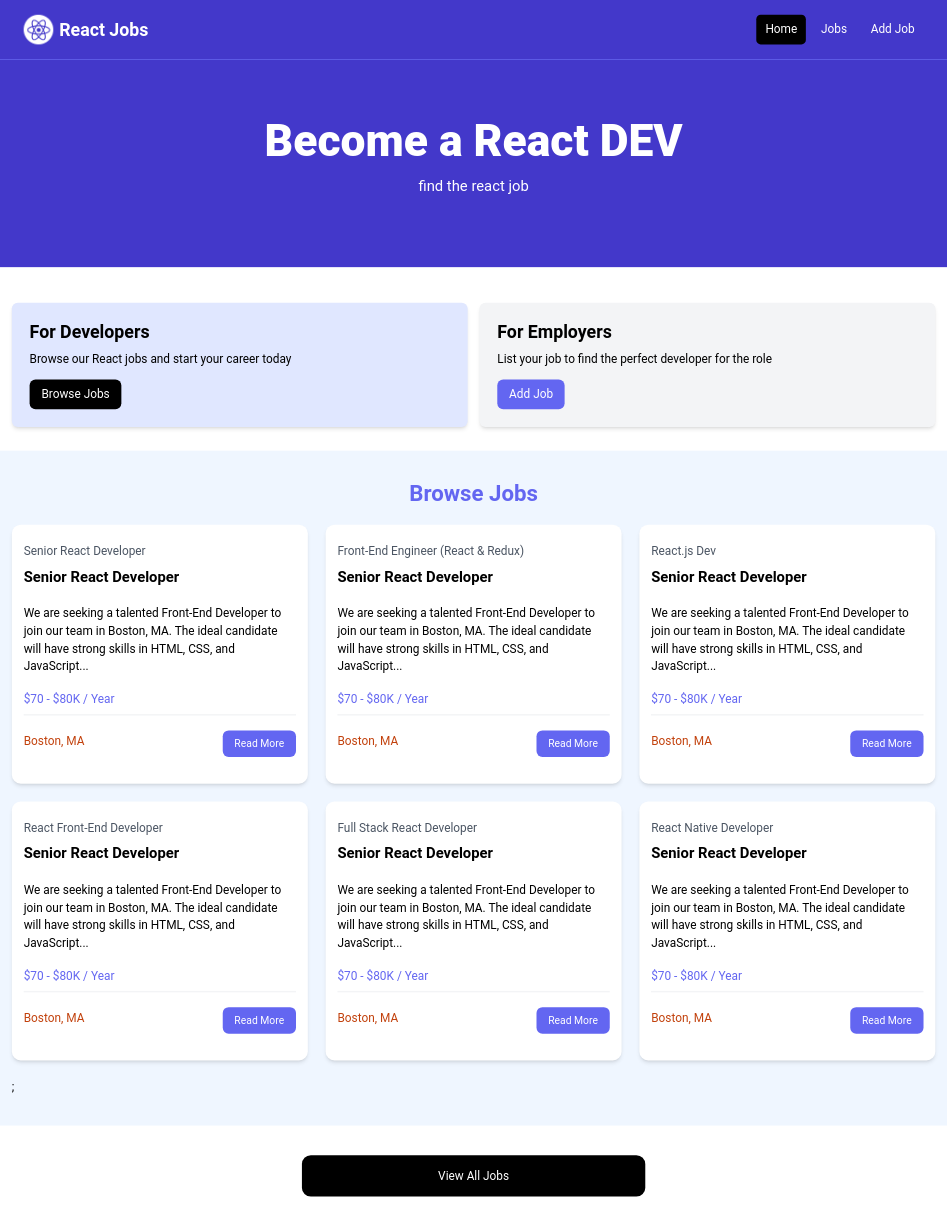
Repository: Geohot-2020/React_setup
Page: / (app in react-crash-2024/)
The author's editor kept a copy of each file at every save. The page is drawn from the files as they stood at one save, then again after the next save.
The browser window is 1280 px wide. The pictures show the whole page, at 74% of full size.
The project was rebuilt for these pictures with package versions that can differ from the ones it lists, and the page was loaded fresh each time. Also part of the build but not shown: react-crash-2024/vite.config.js.

Above is the page before, as saved 2024-11-13 16:11:17.

### react-crash-2024/src/App.jsx
import React from 'react'
import Navbar from './components/Navbar'
import Hero from './components/Hero'
import HomeCards from './components/HomeCards'
import JobListings from './components/JobListings'


const App = () => {
  return (
    <>
      <Navbar />
      <Hero />
      <HomeCards />
      <JobListings />



      <section className="m-auto max-w-lg my-10 px-6">
        <a
          href="jobs.html"
          className="block bg-black text-white text-center py-4 px-6 rounded-xl hover:bg-gray-700"
        >View All Jobs</a
        >
      </section>
    </>
  )
}

export default App

### react-crash-2024/src/components/Navbar.jsx
import React from 'react'
import logo from '../assets/images/logo.png'
const Navbar = () => {
    return (
        <nav className="bg-indigo-700 border-b border-indigo-500">
            <div className="mx-auto max-w-7xl px-2 sm:px-6 lg:px-8">
                <div className="flex h-20 items-center justify-between">
                    <div
                        className="flex flex-1 items-center justify-center md:items-stretch md:justify-start"
                    >
                        {/* <!-- Logo --> */}
                        <a className="flex flex-shrink-0 items-center mr-4" href="/index.html">
                            <img
                                className="h-10 w-auto"
                                src={logo}
                                alt="React Jobs"
                            />
                            <span className="hidden md:block text-white text-2xl font-bold ml-2"
                            >React Jobs</span
                            >
                        </a>
                        <div className="md:ml-auto">
                            <div className="flex space-x-2">
                                <a
                                    href="/index.html"
                                    className="text-white bg-black hover:bg-gray-900 hover:text-white rounded-md px-3 py-2"
                                >Home</a
                                >
                                <a
                                    href="/jobs.html"
                                    className="text-white hover:bg-gray-900 hover:text-white rounded-md px-3 py-2"
                                >Jobs</a
                                >
                                <a
                                    href="/add-job.html"
                                    className="text-white hover:bg-gray-900 hover:text-white rounded-md px-3 py-2"
                                >Add Job</a
                                >
                            </div>
                        </div>
                    </div>
                </div>
            </div>
        </nav>
    )
}

export default Navbar

### react-crash-2024/src/components/Hero.jsx
import React from 'react'

const Hero = ({title = 'Become a React DEV', subtitle = 'find the react job'}) => {
    return (
        <section className="bg-indigo-700 py-20 mb-4">
            <div
                className="max-w-7xl mx-auto px-4 sm:px-6 lg:px-8 flex flex-col items-center"
            >
                <div className="text-center">
                    <h1
                        className="text-4xl font-extrabold text-white sm:text-5xl md:text-6xl"
                    >
                        {title}
                    </h1>
                    <p className="my-4 text-xl text-white">
                        {subtitle}
                    </p>
                </div>
            </div>
        </section>
    )
}

export default Hero

### react-crash-2024/src/components/HomeCards.jsx
import React from 'react'
import Card from './Card'

const HomeCards = () => {
    return (
        <section className="py-4">
            <div className="container-xl lg:container m-auto">
                <div className="grid grid-cols-1 md:grid-cols-2 gap-4 p-4 rounded-lg">
                    <Card bg='bg-indigo-100'>
                        <h2 className="text-2xl font-bold">For Developers</h2>
                        <p className="mt-2 mb-4">
                            Browse our React jobs and start your career today
                        </p>
                        <a
                            href="/jobs.html"
                            className="inline-block bg-black text-white rounded-lg px-4 py-2 hover:bg-gray-700"
                        >
                            Browse Jobs
                        </a>
                    </Card>
                    <Card>
                        <h2 className="text-2xl font-bold">For Employers</h2>
                        <p className="mt-2 mb-4">
                            List your job to find the perfect developer for the role
                        </p>
                        <a
                            href="/add-job.html"
                            className="inline-block bg-indigo-500 text-white rounded-lg px-4 py-2 hover:bg-indigo-600"
                        >
                            Add Job
                        </a>
                    </Card>
                </div>
            </div>
        </section>
    )
}

export default HomeCards

### react-crash-2024/src/components/JobListings.jsx
import React from 'react';
import jobs from '../jobs.json';


const JobListings = () => {
    return (
        <section className="bg-blue-50 px-4 py-10">
            <div className="container-xl lg:container m-auto">
                <h2 className="text-3xl font-bold text-indigo-500 mb-6 text-center">
                    Browse Jobs
                </h2>
                <div className="grid grid-cols-1 md:grid-cols-3 gap-6">
                    {jobs.map((job) => (
                        <div className="bg-white rounded-xl shadow-md relative">
                            <div className="p-4">
                                <div className="mb-6">
                                    <div className="text-gray-600 my-2">{job.title}</div>
                                    <h3 className="text-xl font-bold">Senior React Developer</h3>
                                </div>

                                <div className="mb-5">
                                    We are seeking a talented Front-End Developer to join our team in Boston, MA. The ideal candidate will have strong skills in HTML, CSS, and JavaScript...
                                </div>

                                <h3 className="text-indigo-500 mb-2">$70 - $80K / Year</h3>

                                <div className="border border-gray-100 mb-5"></div>

                                <div className="flex flex-col lg:flex-row justify-between mb-4">
                                    <div className="text-orange-700 mb-3">
                                        <i className="fa-solid fa-location-dot text-lg"></i>
                                        Boston, MA
                                    </div>
                                    <a
                                        href="job.html"
                                        className="h-[36px] bg-indigo-500 hover:bg-indigo-600 text-white px-4 py-2 rounded-lg text-center text-sm"
                                    >
                                        Read More
                                    </a>
                                </div>
                            </div>
                        </div>
                    ))};

                </div>
            </div>
        </section>
    )
}

export default JobListings

### react-crash-2024/src/components/Card.jsx
import React from 'react'

const Card = ({children, bg = 'bg-gray-100'}) => {
  return (
    <div className={`${bg} p-6 rounded-lg shadow-md`}>
        {children}
    </div>
  )
}

export default Card

### react-crash-2024/tailwind.config.js
/** @type {import('tailwindcss').Config} */
export default {
  content: [
    "./index.html",
    "./src/**/*.{js,ts,jsx,tsx}",
  ],
  theme: {
    extend: {
      fontFamily: {
        sans: ['Roboto', 'sans-serif'],
      },
      gridTemplateColumns: {
        '70/30': '70% 28%',
      },
    },
  },
  plugins: [],
}

Loaded but not shown: react-crash-2024/index.html (common file); react-crash-2024/src/main.jsx (common file); react-crash-2024/src/index.css (common file); react-crash-2024/src/jobs.json (common file)

After the next save:
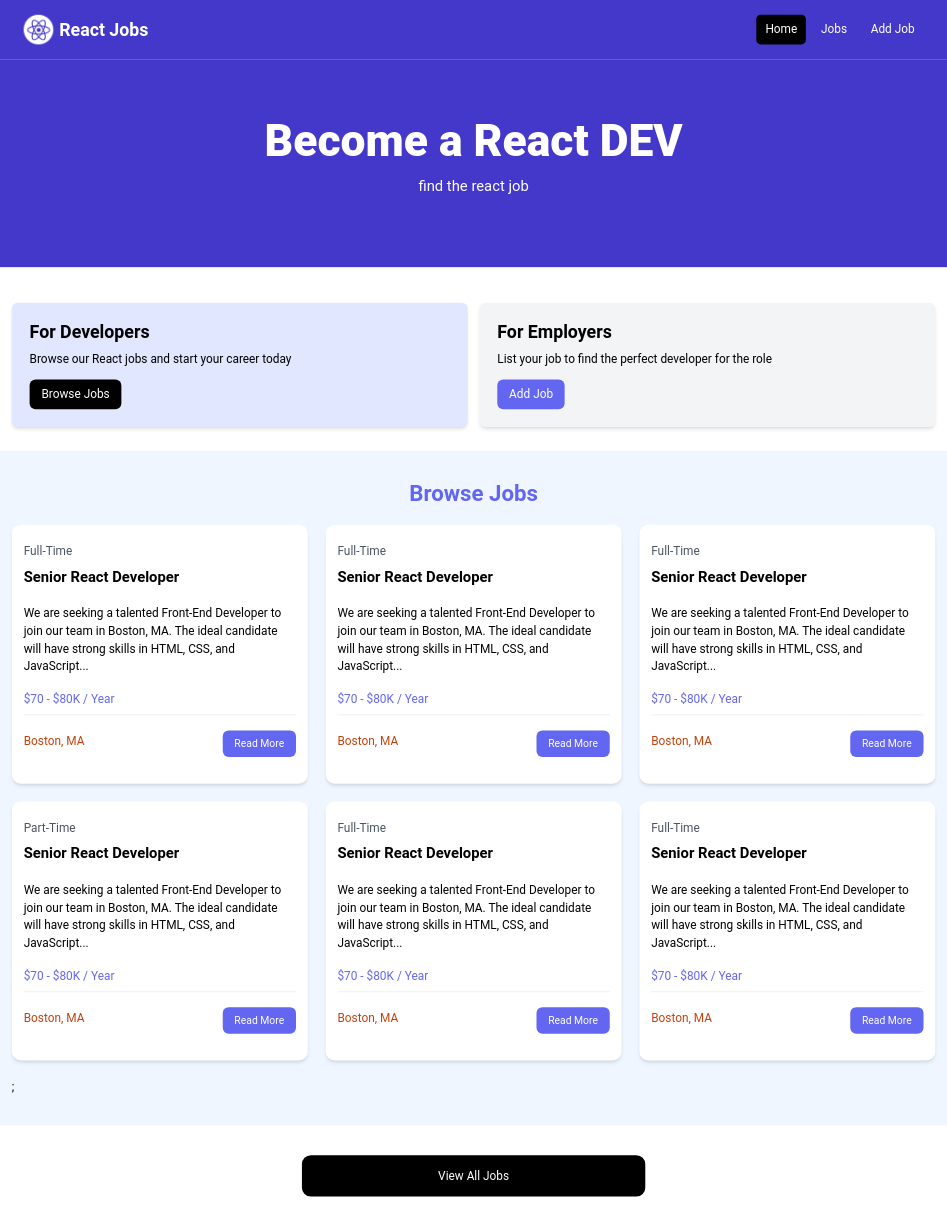
Saved 13 s later.
--- a/react-crash-2024/src/components/JobListings.jsx
+++ b/react-crash-2024/src/components/JobListings.jsx
@@ -14,7 +14,7 @@ const JobListings = () => {
                         <div className="bg-white rounded-xl shadow-md relative">
                             <div className="p-4">
                                 <div className="mb-6">
-                                    <div className="text-gray-600 my-2">{job.title}</div>
+                                    <div className="text-gray-600 my-2">{job.type}</div>
                                     <h3 className="text-xl font-bold">Senior React Developer</h3>
                                 </div>
 
